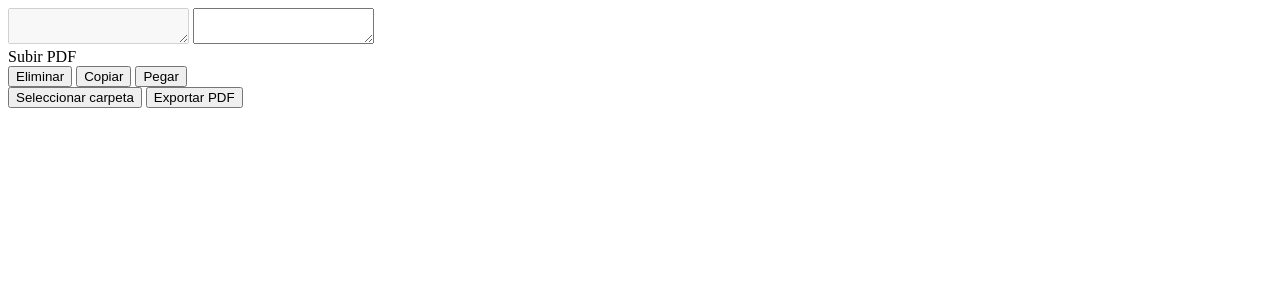
Repository: d3v0l0p3rs/pdf-spliteador
Page: src/index.html
An editor plug-in stored every save of this project. The page is shown before and after the next save, followed by the edit.
The browser window is 1280 px wide. The pictures show the whole page.

Above is the page before, as saved 2020-10-21 15:00:47.

### src/index.html
<!DOCTYPE html>
<html>
  <head>
    <meta charset="UTF-8">
    <title>Separador de PDFs</title>
  </head>
  <body>
    <div id="main-content">
      <div id="text-areas">
        <textarea id="number-lines" name="number-lines" disabled></textarea>
        <textarea id="name-lines" name="name-lines"></textarea>
      </div>
      <div id="actions">
        <label for="upload-pdf" class="btn">Subir PDF</label>
        <input type="file" id="upload-pdf" name="upload-pdf" accept=".pdf" style="display:none;">
        <div id="text-actions" class="action-row">
          <button id="delete-text" class="text-action">Eliminar</button>
          <button id="copy-text" class="text-action">Copiar</button>
          <button id="paste-text" class="text-action">Pegar</button>
        </div>
        <button id="choose-folder" class="action-row">Seleccionar carpeta</button>
        <button id="export-pdf" class="action-row">Exportar PDF</button>
      </div>
    </div>
  </body>
</html>

After the next save:
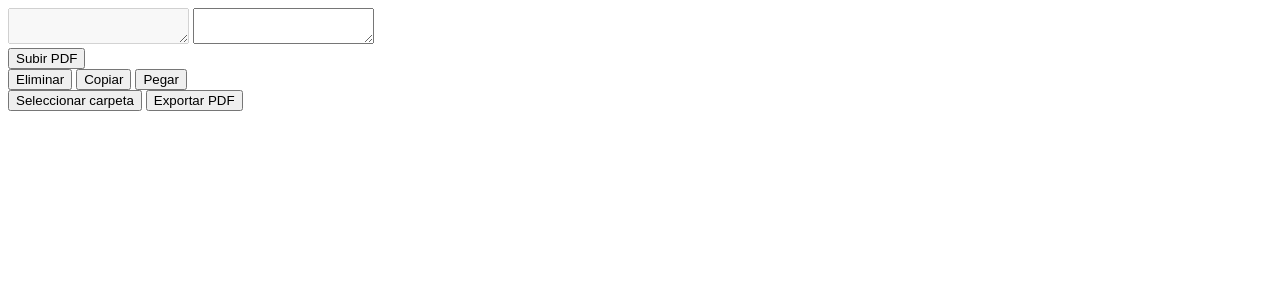
Saved 3 min 42 s later.
--- a/src/index.html
+++ b/src/index.html
@@ -11,8 +11,8 @@
         <textarea id="name-lines" name="name-lines"></textarea>
       </div>
       <div id="actions">
-        <label for="upload-pdf" class="btn">Subir PDF</label>
-        <input type="file" id="upload-pdf" name="upload-pdf" accept=".pdf" style="display:none;">
+        <button id="upload-pdf" class="action-action">Subir PDF</button>
+        <input type="file" id="upload-pdf-input" name="upload-pdf" accept=".pdf" style="display:none;">
         <div id="text-actions" class="action-row">
           <button id="delete-text" class="text-action">Eliminar</button>
           <button id="copy-text" class="text-action">Copiar</button>
